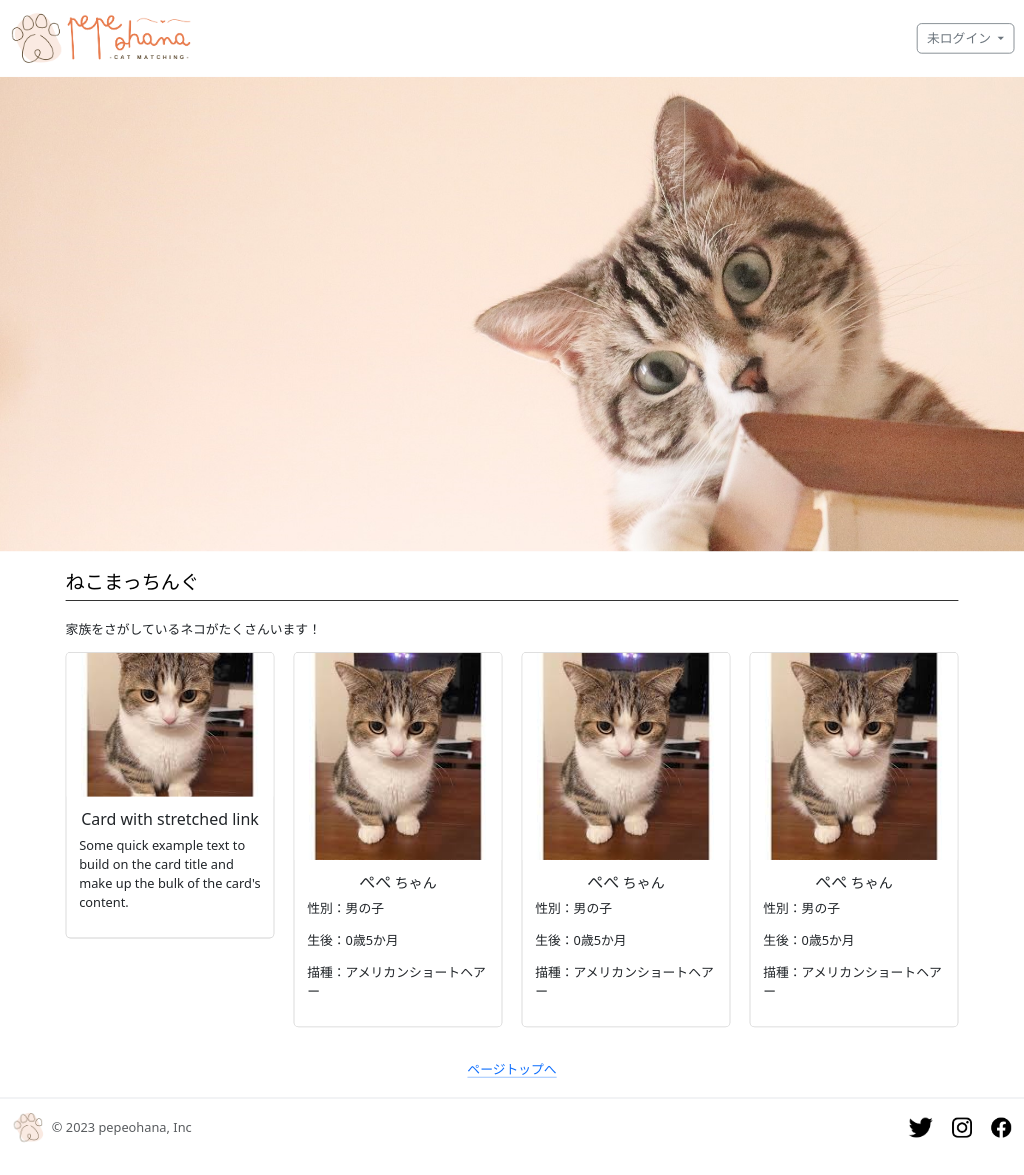
Repository: sakuwell/pepe
Page: http://localhost/PepeOhana/
These files come from the project's save history. The page is drawn as it stood at one moment and after the next save; the edit follows.
The browser window is 1280 px wide. The pictures show the whole page, at 80% of full size.
The page is served by Tomcat 9. Other server files are loaded and not shown.

Above is the page before, as saved 2023-09-06 04:15:35.

### ExWorkSpace/PepeOhana/src/main/webapp/index.jsp
<%@ page language="java" contentType="text/html; charset=UTF-8"
    pageEncoding="UTF-8"%>
<%@ page import="model.UsersInfoDto" %>

<!DOCTYPE html>
<html lang="ja">
<head>
    <meta charset="UTF-8">
    <meta name="viewport" content="width=device-width, initial-scale=1.0">
    <!-- Bootstrap CSS -->
    <link href="https://cdn.jsdelivr.net/npm/bootstrap@5.3.0/dist/css/bootstrap.min.css" rel="stylesheet" integrity="sha384-9ndCyUaIbzAi2FUVXJi0CjmCapSmO7SnpJef0486qhLnuZ2cdeRhO02iuK6FUUVM" crossorigin="anonymous">
    <script src="https://cdn.jsdelivr.net/npm/bootstrap@5.3.0/dist/js/bootstrap.bundle.min.js" integrity="sha384-geWF76RCwLtnZ8qwWowPQNguL3RmwHVBC9FhGdlKrxdiJJigb/j/68SIy3Te4Bkz" crossorigin="anonymous"></script>
    <title>Top | pepeohana</title>
</head>

<%
    // セッションを取得
	UsersInfoDto userInfoOnSession = (UsersInfoDto)session.getAttribute("LOGIN_INFO");
	boolean isLoggedIn = false;
	String userName = "";
	//HttpSession mysession = request.getSession(true);

    // セッションが存在し、username属性もセットされている場合はログイン済み
    if (userInfoOnSession != null) {
		userName = userInfoOnSession.getUserName();
        isLoggedIn = true;
    }
%>

<body>
	<% if (isLoggedIn) { %>
    <!-- ログイン済ヘッダー -->
    <nav class="navbar navbar-expand-lg navbar-light bg-white">
        <div class="container-fluid">
            <a class="navbar-brand" href="top.jsp">
                <img src="images/pepe_ohana_logo.png" alt="ページロゴ" width="auto" height="70">
            </a>
            <div class="btn-group">
                <button type="button" class="btn btn-secondary dropdown-toggle" data-bs-toggle="dropdown" aria-expanded="false">
                    userName
                </button>
                <ul class="dropdown-menu dropdown-menu-end">
                    <li><a class="dropdown-item" href="<%=request.getContextPath()%>/ExeMyPage">マイページ</a></li>
                    <li><a class="dropdown-item" href="<%=request.getContextPath()%>/ExeLogout">ログアウト</a></li>
                </ul>
            </div>
        </div>
    </nav>
    <!-- ログイン済ヘッダーここまで -->
    <% } else { %>
    <!-- 未ログインヘッダー -->
    <nav class="navbar navbar-expand-lg navbar-light bg-white">
    	<div class="container-fluid">
        	<a class="navbar-brand" href="top.jsp">
          		<img src="images/pepe_ohana_logo.png" alt="ページロゴ" width="auto" height="70">
          	</a>
         	<div class="btn-group">
            	<button type="button" class="btn btn-outline-secondary dropdown-toggle" data-bs-toggle="dropdown" aria-expanded="false">
             		 未ログイン
            	</button>
            	<ul class="dropdown-menu dropdown-menu-end">
              		<li><a class="dropdown-item" href="../WEB-INF/view/Login.jsp">ログイン</a></li>
              		<li><a class="dropdown-item" href="view/registUser.jsp">新規ユーザー登録</a></li>
            	</ul>
          	</div>
        </div>
    </nav>
    <!-- 未ログインヘッダーここまで -->
    <% } %>


    <!-- ヒーロー画像 -->
    <img class="img-fluid mb-4" src="images/hero_top.jpg"  alt="top画像" style="max-height:600px; width:100%; object-fit: cover;">

    <!-- ここから下　ページごとの内容 -->
    <div>
        <!-- 検索フォームゾーン -->
        <div class="container">
            <div class="h4 pb-2 mb-4 text-black border-bottom border-black">
                ねこまっちんぐ
            </div>
                <p>家族をさがしているネコがたくさんいます！</p>
            <!-- 猫カード -->
            <div class="row">
 				<!-- カードのコンテンツ -->
               <!-- カードのコンテンツ -->
               <div class="col-6 col-md-4 col-lg-3">
                    <div class="card mb-3">
                        <img src="images/ねこ_1.jpg" style="height:180px; width: 100%; object-fit: cover;" class="card-img-top" alt="猫画像">
                        <div class="card-body">
                            <h5 class="card-title text-center">Card with stretched link</h5>
                            <p class="card-text text-right">Some quick example text to build on the card title and make up the bulk of the card's content.</p>
                            <div class="d-flex justify-content-center">
                                <a href="#" class="stretched-link"></a>
                            </div>
                        </div>
                    </div>
                </div>
 				<!-- カードのコンテンツ -->
                <div class="col-6 col-md-4 col-lg-3">
                    <div class="card mb-3">
                        <img src="images/ねこ_1.jpg" class="card-img-top" alt="猫画像" style="width:100%">
                        <div class="card-body">
                            <h5 class="card-title text-center">ぺぺ<small> ちゃん</small></h5>
                            <p class="card-text text-right">性別：男の子</p>
                            <p class="card-text text-right">生後：0歳5か月</p>
                            <p class="card-text text-right">描種：アメリカンショートヘアー</p>
                            <div class="d-flex justify-content-center">
                                <a href="#" class="stretched-link"></a>
                            </div>
                        </div>
                    </div>
                </div>
				<!-- カードのコンテンツ -->
                <div class="col-6 col-md-4 col-lg-3">
                    <div class="card mb-3">
                        <img src="images/ねこ_1.jpg" class="card-img-top" alt="猫画像" style="width:100%">
                        <div class="card-body">
                            <h5 class="card-title text-center">ぺぺ<small> ちゃん</small></h5>
                            <p class="card-text text-right">性別：男の子</p>
                            <p class="card-text text-right">生後：0歳5か月</p>
                            <p class="card-text text-right">描種：アメリカンショートヘアー</p>
                            <div class="d-flex justify-content-center">
                                <a href="#" class="stretched-link"></a>
                            </div>
                        </div>
                    </div>
                </div>
                <!-- カードのコンテンツ -->
                <div class="col-6 col-md-4 col-lg-3">
                    <div class="card mb-3">
                        <img src="images/ねこ_1.jpg" class="card-img-top" alt="猫画像" style="width:100%">
                        <div class="card-body">
                            <h5 class="card-title text-center">ぺぺ<small> ちゃん</small></h5>
                            <p class="card-text text-right">性別：男の子</p>
                            <p class="card-text text-right">生後：0歳5か月</p>
                            <p class="card-text text-right">描種：アメリカンショートヘアー</p>
                            <div class="d-flex justify-content-center">
                                <a href="#" class="stretched-link"></a>
                            </div>
                        </div>
                    </div>
                </div>
            </div>
        </div>
    </div>
    <!-- ここまで　ページごとの内容 -->

    <!-- フッター -->
    <div class="text-center mt-4">
        <a class="icon-link icon-link-hover" href="#">
            ページトップへ
        </a>
	</div>
	<footer class="d-flex flex-wrap justify-content-between align-items-center py-3 my-4 border-top">
    	<div class="col-md-4 d-flex align-items-center ms-3">
        	<a href="top.jsp" class="mb-3 me-2 mb-md-0"><img alt="ロゴ画像" src="images/nikukyu_logo.png" width="auto" height="40"></a>
          	<span class="mb-3 mb-md-0 text-body-secondary">© 2023 pepeohana, Inc</span>
        </div>
        <ul class="nav col-md-4 justify-content-end list-unstyled d-flex me-3">
            <li><a href="#"><img src=images/twitter_logo.png width="auto" height="25"></a></li>
            <li class="ms-4"><a href="#"><img src=images/insta_logo.png width="auto" height="25"></a></li>
            <li class="ms-4"><a href="#"><img src=images/facebook_logo.png width="auto" height="25"></a></li>
        </ul>
	</footer>
    <!-- フッター　ここまで -->

</body>
</html>

After the next save:
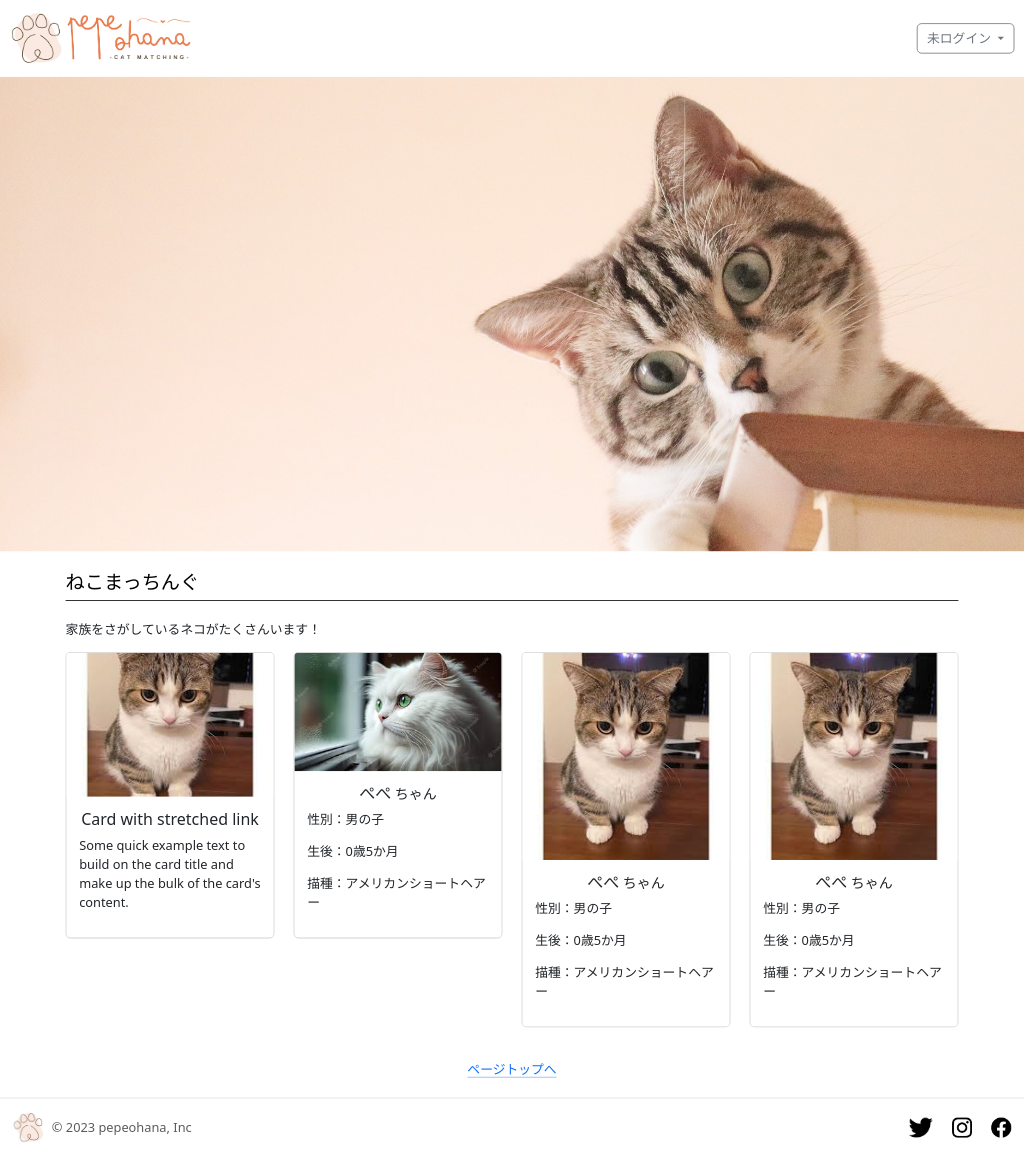
Saved 3 min 7 s later.
--- a/ExWorkSpace/PepeOhana/src/main/webapp/index.jsp
+++ b/ExWorkSpace/PepeOhana/src/main/webapp/index.jsp
@@ -86,7 +86,7 @@
                <!-- カードのコンテンツ -->
                <div class="col-6 col-md-4 col-lg-3">
                     <div class="card mb-3">
-                        <img src="images/ねこ_1.jpg" style="height:180px; width: 100%; object-fit: cover;" class="card-img-top" alt="猫画像">
+                        <img src="images/cat_1.jpg" style="height:180px; width: 100%; object-fit: cover;" class="card-img-top" alt="猫画像">
                         <div class="card-body">
                             <h5 class="card-title text-center">Card with stretched link</h5>
                             <p class="card-text text-right">Some quick example text to build on the card title and make up the bulk of the card's content.</p>
@@ -99,7 +99,7 @@
  				<!-- カードのコンテンツ -->
                 <div class="col-6 col-md-4 col-lg-3">
                     <div class="card mb-3">
-                        <img src="images/ねこ_1.jpg" class="card-img-top" alt="猫画像" style="width:100%">
+                        <img src="images/cat_2.jpg" class="card-img-top" alt="猫画像" style="width:100%">
                         <div class="card-body">
                             <h5 class="card-title text-center">ぺぺ<small> ちゃん</small></h5>
                             <p class="card-text text-right">性別：男の子</p>
